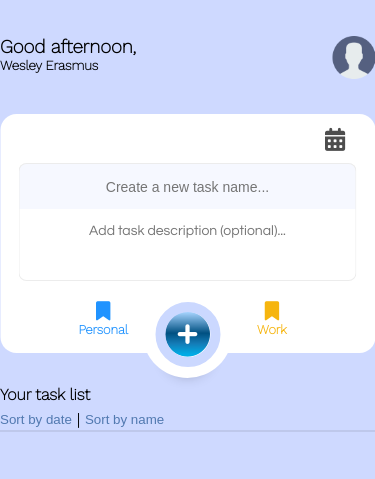
Repository: WesleyErasmus/Todo-App
Page: todoApp.html
The author's editor kept a copy of each file at every save. The page is drawn from the files as they stood at one save, then again after the next save.
The browser window is 375 px wide. The pictures show the whole page.
Some web libraries are served in a nearby version.

Above is the page before, as saved 2022-06-25 12:01:24.

After the next save:
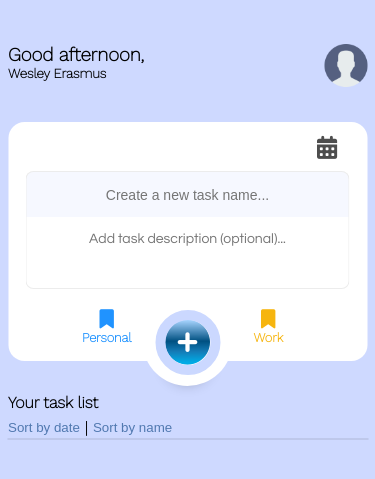
Saved 5 s later.
--- a/source/css/todoApp.css
+++ b/source/css/todoApp.css
@@ -695,7 +695,7 @@ Task title, Task description, Show description button */
     background-image: none;
     background: none;
     border-radius: none;
-    padding: 0;
+    padding: 0.5rem;
     flex: 1 1 0%;
     align-items: center;
     justify-content: center;
